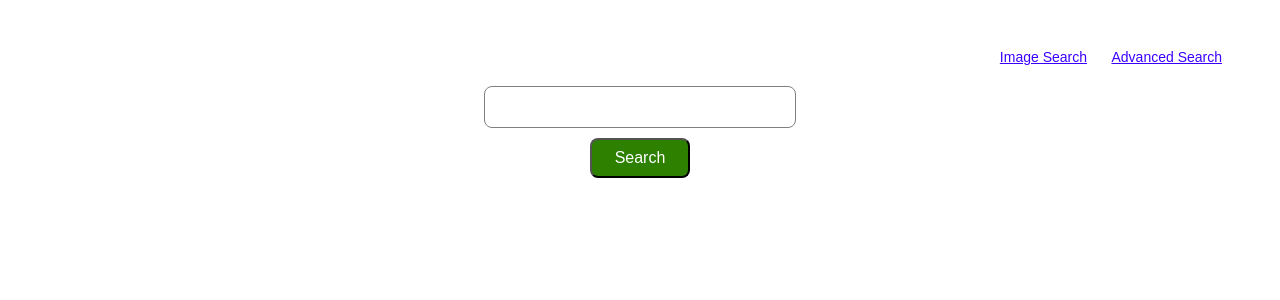
Repository: lyutok/cs50-search-project
Page: google.html
An editor plug-in stored every save of this project. The page is shown before and after the next save, followed by the edit.
The browser window is 1280 px wide. The pictures show the whole page.
The style sheet was rebuilt from its Sass, Less or Tailwind sources for each picture, by a compiler version that may differ from the author's.

Above is the page before, as saved 2025-07-07 09:36:21.

### google.html
<!DOCTYPE html>
<html lang="en">
<head>
    <meta name="viewport" content="width=device-width, initial-scale=1.0" charset="UTF-8">
    <title>Google Search</title>
    <link rel="stylesheet" href="styles.css">
    </head>
<body>
    <div>
        <a href="image.html">Image Search</a>
        <a href="advanced.html">Advanced Search</a>
    </div>
    <form action="https://www.google.com/search">
        <input type="text" name="q">
        <br>
        <button type="submit">Search</button>
    </form>
</body>
</html>

### styles.scss
$color: rgb(60, 0, 255);

a {
    font-size: 14px;
    color: $color;
    padding: 10px;
}

body {
    font-family: Arial, sans-serif;
    padding: 20px;
    text-align: center;

    div {
        text-align: right;
        padding: 20px;
    }
}

input {
    width: 300px;
    height: 30px;
    border-radius: 8px;
    border: 1px solid grey;
    padding: 5px;
    font-size: 16px;
}

button {
    margin: 10px;
    border-radius: 8px;
    background-color: rgb(45, 128, 0);
    font-size: 16px;
    color: white;
    height: 40px;
    width: 100px;
}

button:hover {
                background-color: rgb(192, 196, 186);
            }

After the next save:
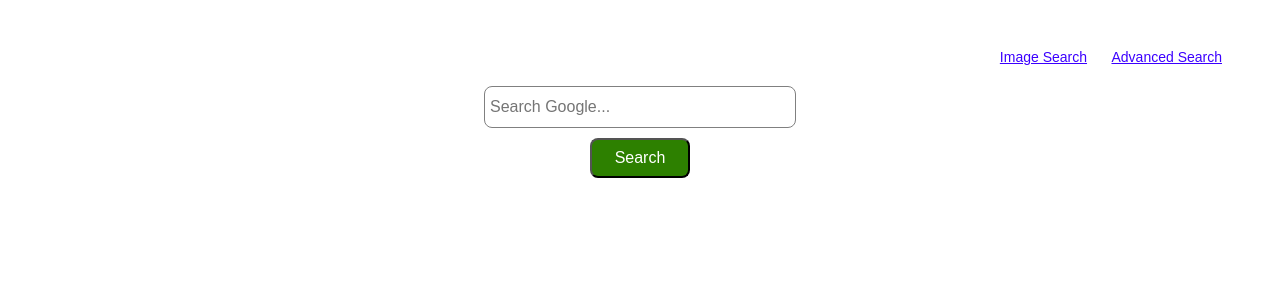
Saved 45 min 58 s later.
--- a/google.html
+++ b/google.html
@@ -11,7 +11,7 @@
         <a href="advanced.html">Advanced Search</a>
     </div>
     <form action="https://www.google.com/search">
-        <input type="text" name="q">
+        <input type="text" name="q" required placeholder="Search Google...">
         <br>
         <button type="submit">Search</button>
     </form>
